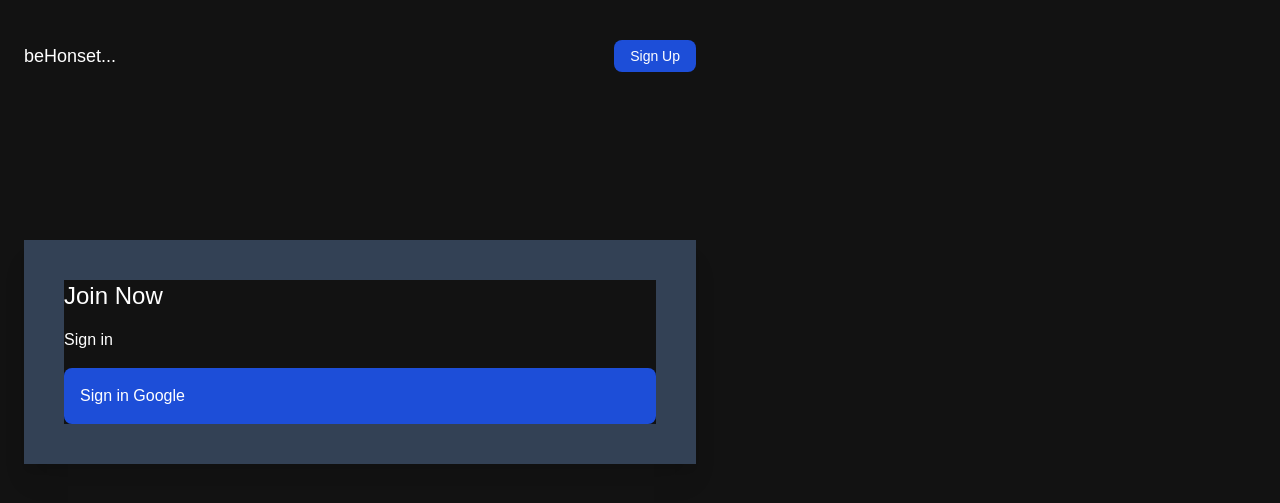
Repository: aidenfine/be-honset
Page: /login
The author's editor kept a copy of each file at every save. The page is drawn from the files as they stood at one save, then again after the next save.
The browser window is 1280 px wide. The pictures show the whole page.
The project was rebuilt for these pictures with package versions that can differ from the ones it lists, and the page was loaded fresh each time. The framework's server and built-in components were replaced by stand-ins that run in the browser. Also part of the build but not shown: next.config.js.

Above is the page before, as saved 2022-10-26 18:24:38.

After the next save:
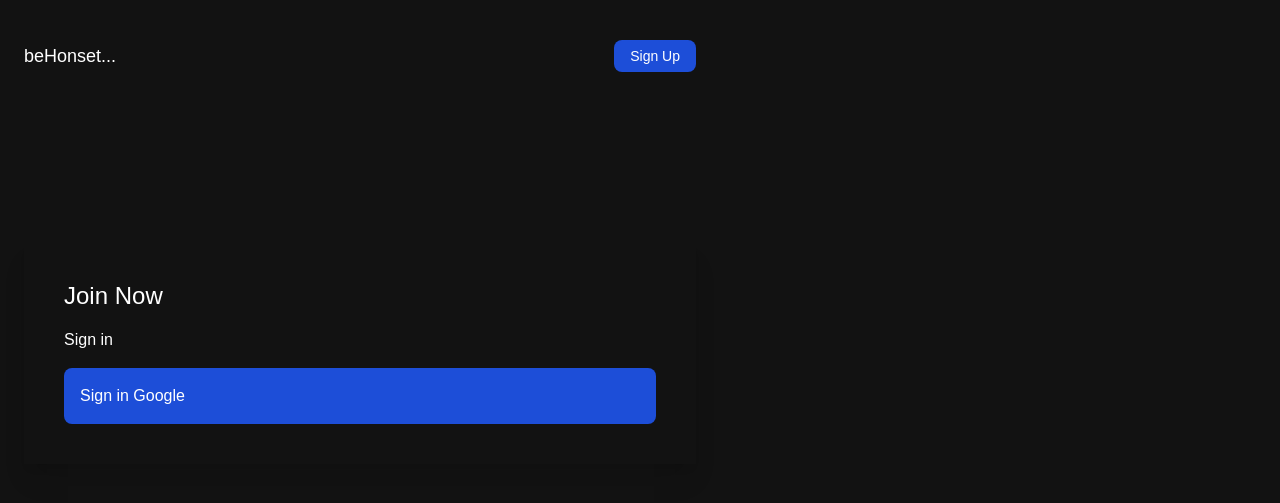
Saved 5 s later.
--- a/pages/login.js
+++ b/pages/login.js
@@ -1,6 +1,6 @@
 export default function Login(){
     return(
-        <div className="shadow-xl mt-32 p-10 text-white bg-slate-700">
+        <div className="shadow-xl mt-32 p-10 text-white">
             <h2 className="text-2xl font-medium">Join Now</h2>
             <div>
                 <h3 className="py-4">Sign in</h3>
